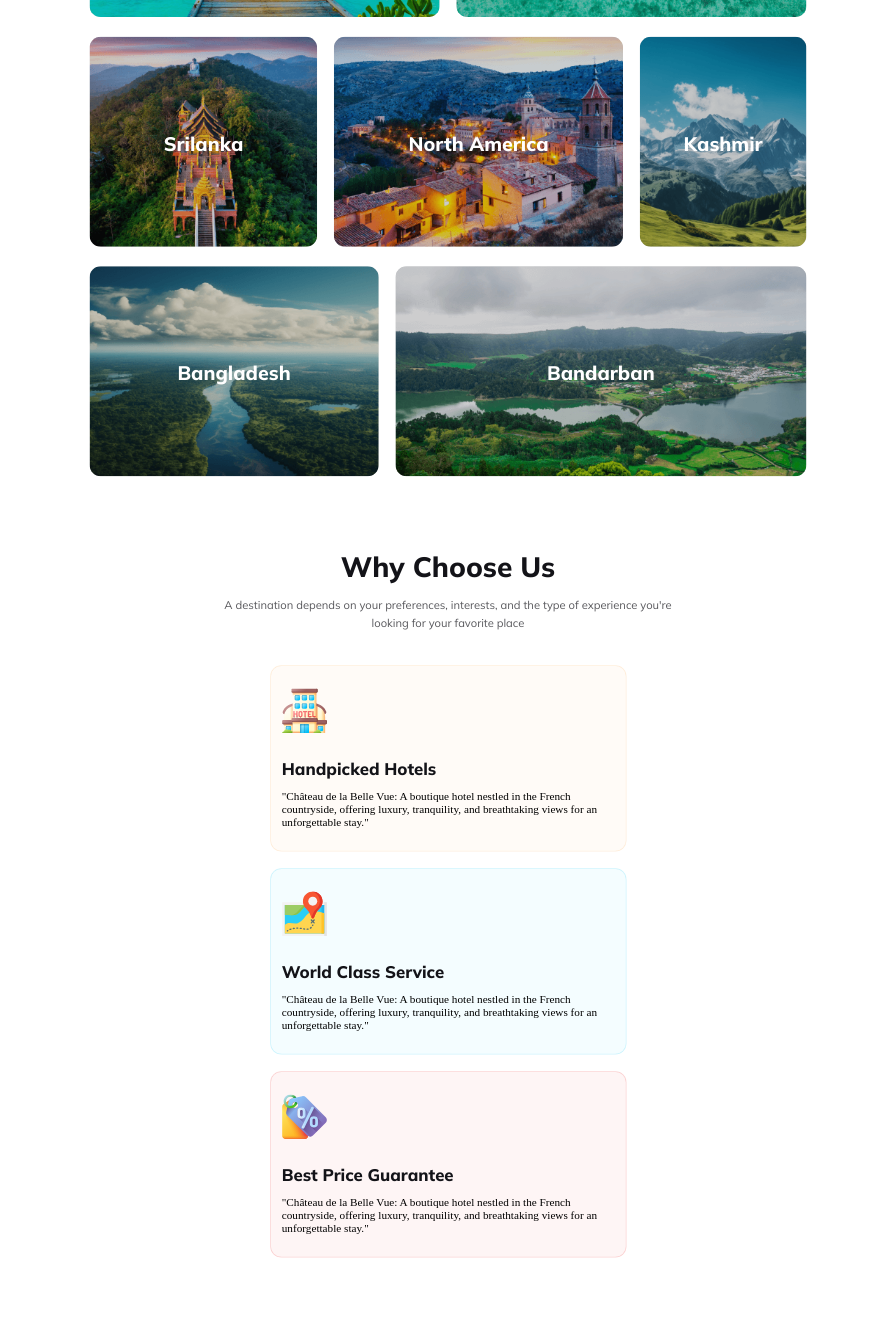
Repository: ShouravAhammed/Assignment-2
Page: index.html
These files come from the project's save history. The page is drawn as it stood at one moment and after the next save; the edit follows.
The browser window is 1280 px wide. The pictures show the part of the page from y = 1899 to 3819 px (the page is 3795 px tall before and 3819 px after), at 70% of full size.
Some web libraries are served in a nearby version.

Above is the page before, as saved 2024-01-16 17:11:37.

After the next save:
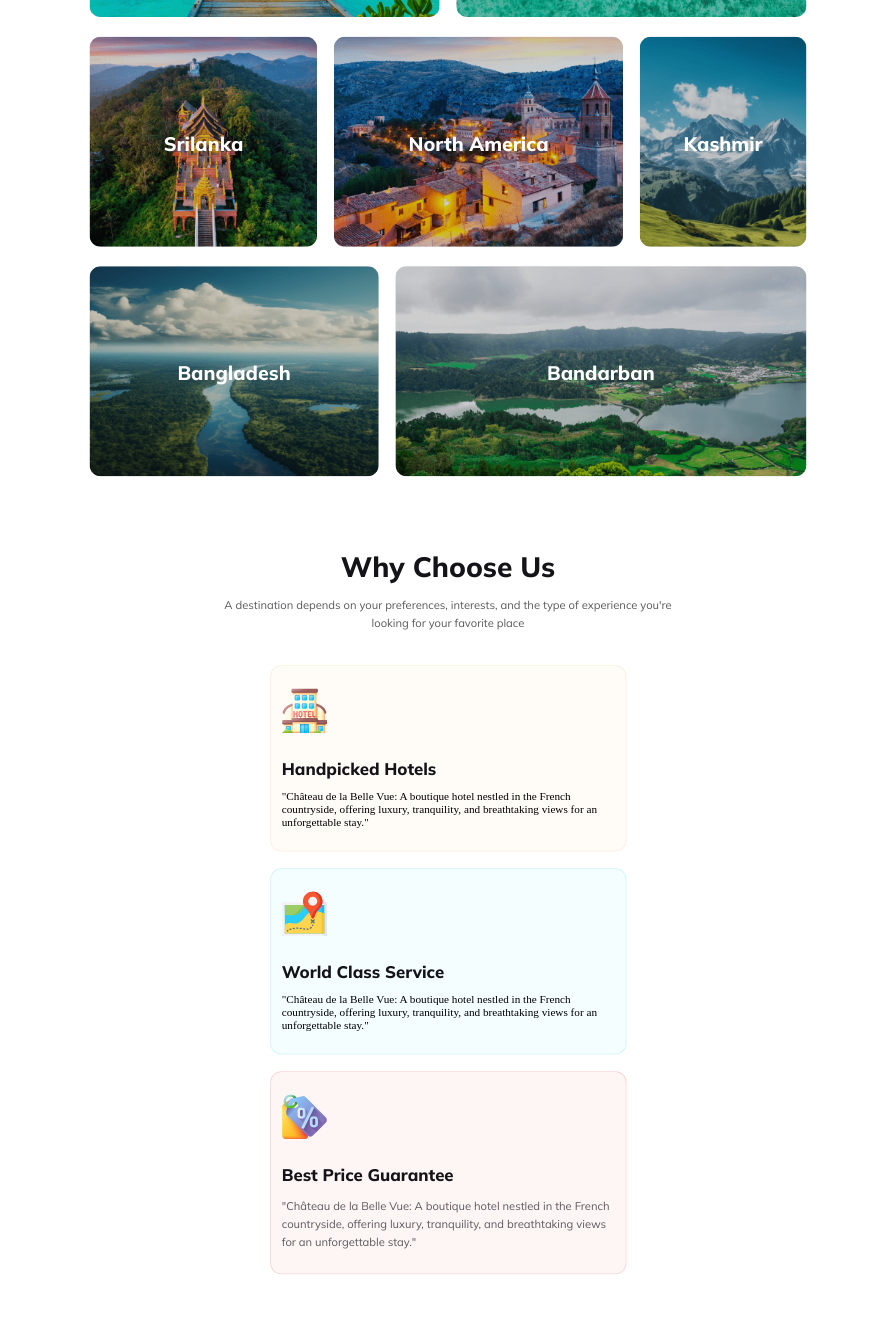
Saved 7 s later.
--- a/index.html
+++ b/index.html
@@ -149,7 +149,7 @@
                         <div class="choose-boxes box-darkyellow">
                             <img src="icons/price.svg" alt="">
                             <h3 class="choose-title">Best Price Guarantee</h3>
-                            <p class="choose-descriptiom">"Château de la Belle Vue: A boutique hotel nestled in the French countryside, offering luxury, tranquility, and breathtaking views for an unforgettable stay."</p>
+                            <p class="choose-description">"Château de la Belle Vue: A boutique hotel nestled in the French countryside, offering luxury, tranquility, and breathtaking views for an unforgettable stay."</p>
                         </div>
                     </div>
                 </div>
